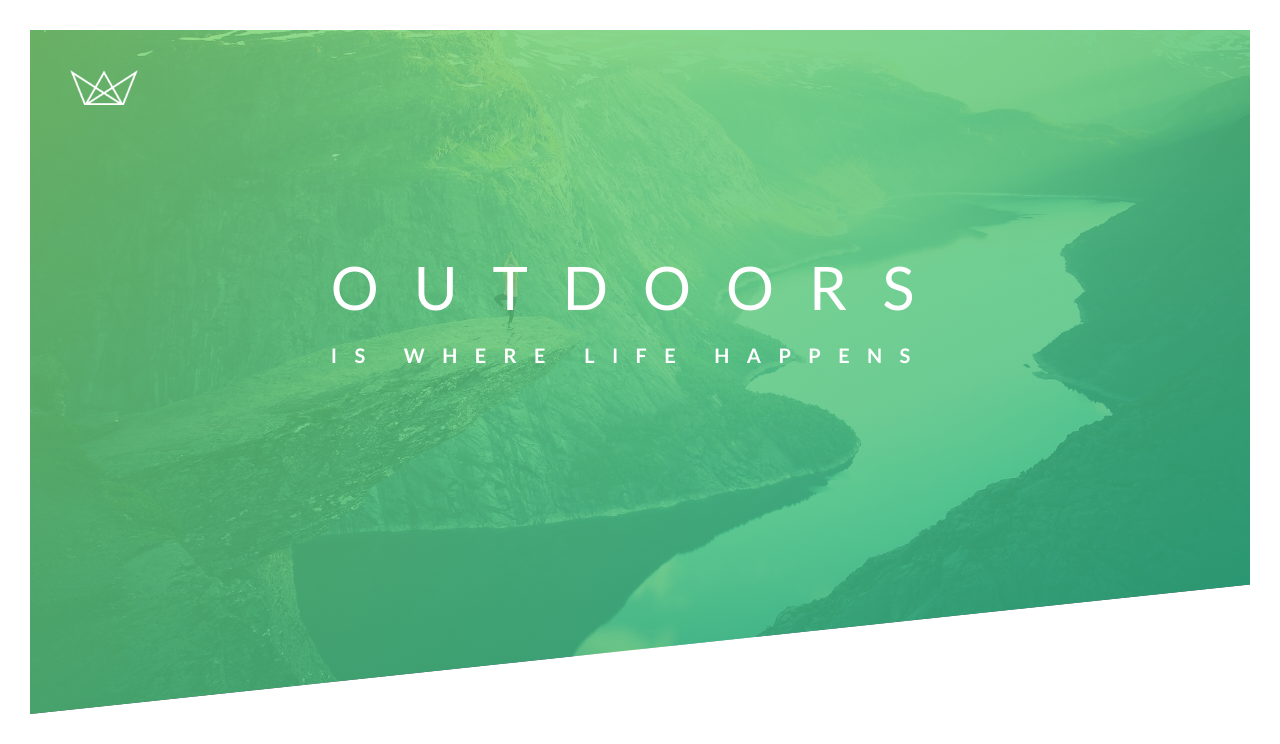
Repository: mukiSabljakovic/NatoursV1
Page: index.html
An editor plug-in stored every save of this project. The page is shown before and after the next save, followed by the edit.
The browser window is 1280 px wide. The pictures show the whole page.
Some web libraries are served in a nearby version.

Above is the page before, as saved 2020-05-11 16:11:17.

### index.html
<!DOCTYPE html>
<html lang="en">
    <head>
        <meta charset="UTF-8">
        <meta name="viewport" content="width=device-width, initial-scale=1.0">

        <link href="https://fonts.googleapis.com/css?family=Lato:100,300,400,700,900" rel="stylesheet">

        <link rel="stylesheet" href="https://use.fontawesome.com/releases/v5.13.0/css/all.css" integrity="sha384-Bfad6CLCknfcloXFOyFnlgtENryhrpZCe29RTifKEixXQZ38WheV+i/6YWSzkz3V" crossorigin="anonymous">
        <link rel="stylesheet" href="style.css">
        <link rel="stylesheet" href="css/style.css">
        <link rel="shortcut icon" type="image/png" href="img/favicon.png">

        <title>Natours | Exciting tours for adventurous people</title>
    </head>
    <body>
       <header class="header">
           <div class="logo-box">
               <img class="logo" src="img/logo-white.png" alt="Natours Logo">
           </div>

           <div class="text-box">
               <h1 class="heading-primary">
                   <span class="heading-primary-main">Outdoors</span>
                   <span class="heading-primary-sub">is where life happens</span>
               </h1>
               <a href="#" class="btn btn-white"></a>
           </div>

       </header>

    </body>
</html>

### css/style.css
@import url('https://fonts.googleapis.com/css2?family=Lato:wght@300;400;900&display=swap');

/*
COLORS:

Light green: #7ed56f
Medium green: #55c57a
Dark green: #28b485

*/

/* Basic Reset */


* {
    margin: 0;
    padding: 0;
    box-sizing: border-box;
}

body {
    font-family: 'Lato', sans-serif;
    font-weight: 400;
    font-size: 16px;
    line-height: 1.7;
    color: #777;
    padding: 1.875rem;
}

.header {
    height: 95vh;
    background-image: linear-gradient(
        to right bottom,
        rgba(126, 213, 111, .8),
        rgba(40, 180, 133, .8)),
        url(../img/hero.jpg);
    background-size: cover;
    background-position: top;

    clip-path: polygon(0 0, 100% 0, 100% 77vh, 0 100%);
    position: relative;
}

.logo-box {
    position: absolute;
    top: 40px;
    left: 40px;
}

.logo {
    height: 35px;
}

.text-box {
    position: absolute;
    top: 40%;
    left: 50%;
    transform: translate(-50%, -50%);
}

.heading-primary {
    color: #fff;
    text-transform: uppercase;

    /* Fix animation shaking */
    backface-visibility: hidden;
}

.heading-primary-main {
    display: block;
    font-size: 3.75rem;
    font-weight: 400;
    letter-spacing: 2.1875rem;

    animation-name: moveInLeft;
    animation-duration: 1s;
    animation-timing-function: ease-out;
}

.heading-primary-sub {
    display: block;
    font-size: 1.25rem;
    font-weight: 700;
    letter-spacing: 1.0875rem;

    animation: moveInRight 1s ease-out;
}

@keyframes moveInLeft {
    0% {
        opacity: 0;
        transform: translateX(-100%);
    }

    80% {
        transform: translateX(10px);
    }

    100% {
        opacity: 1;
        trannsform: translate(0);
    }
}

@keyframes moveInRight {
    0% {
        opacity: 0;
        transform: translateX(100%);
    }

    80% {
        transform: translateX(-10px);
    }

    100% {
        opacity: 1;
        transform: translate(0);
    }
}

After the next save:
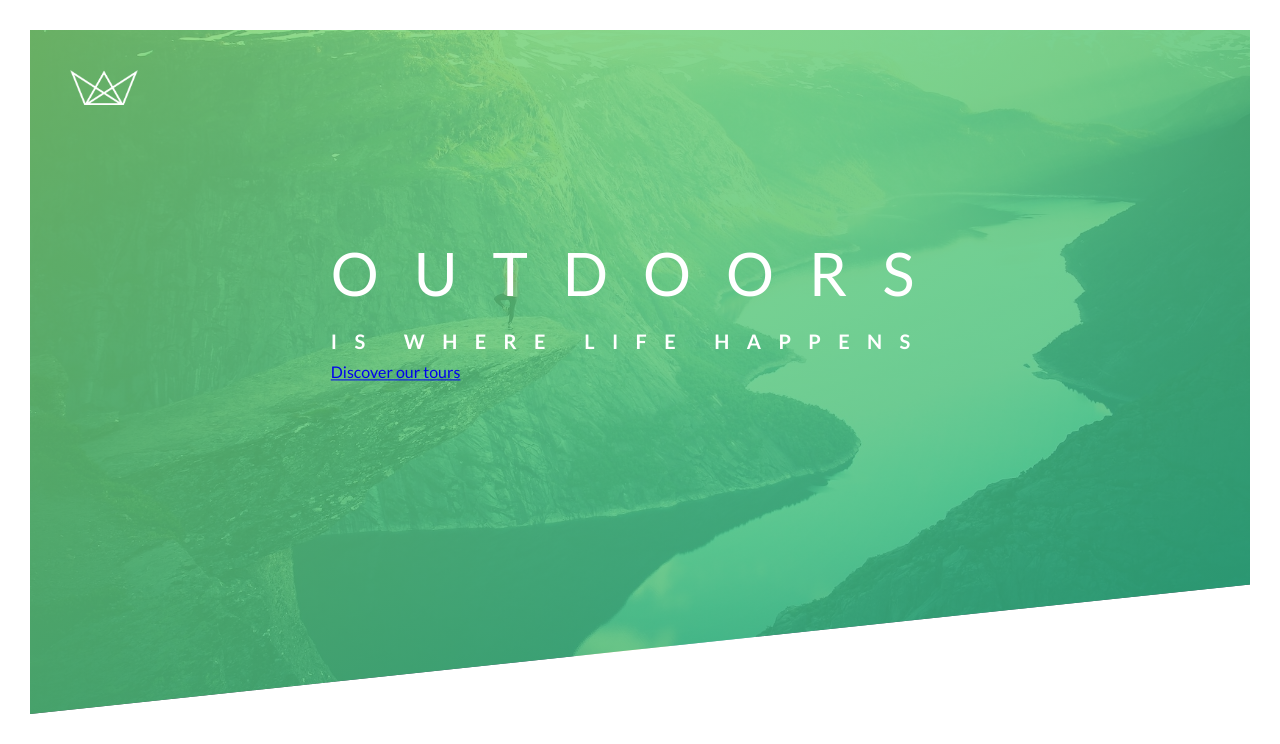
Saved 11 s later.
--- a/index.html
+++ b/index.html
@@ -24,7 +24,7 @@
                    <span class="heading-primary-main">Outdoors</span>
                    <span class="heading-primary-sub">is where life happens</span>
                </h1>
-               <a href="#" class="btn btn-white"></a>
+               <a href="#" class="btn btn-white">Discover our tours</a>
            </div>
 
        </header>
